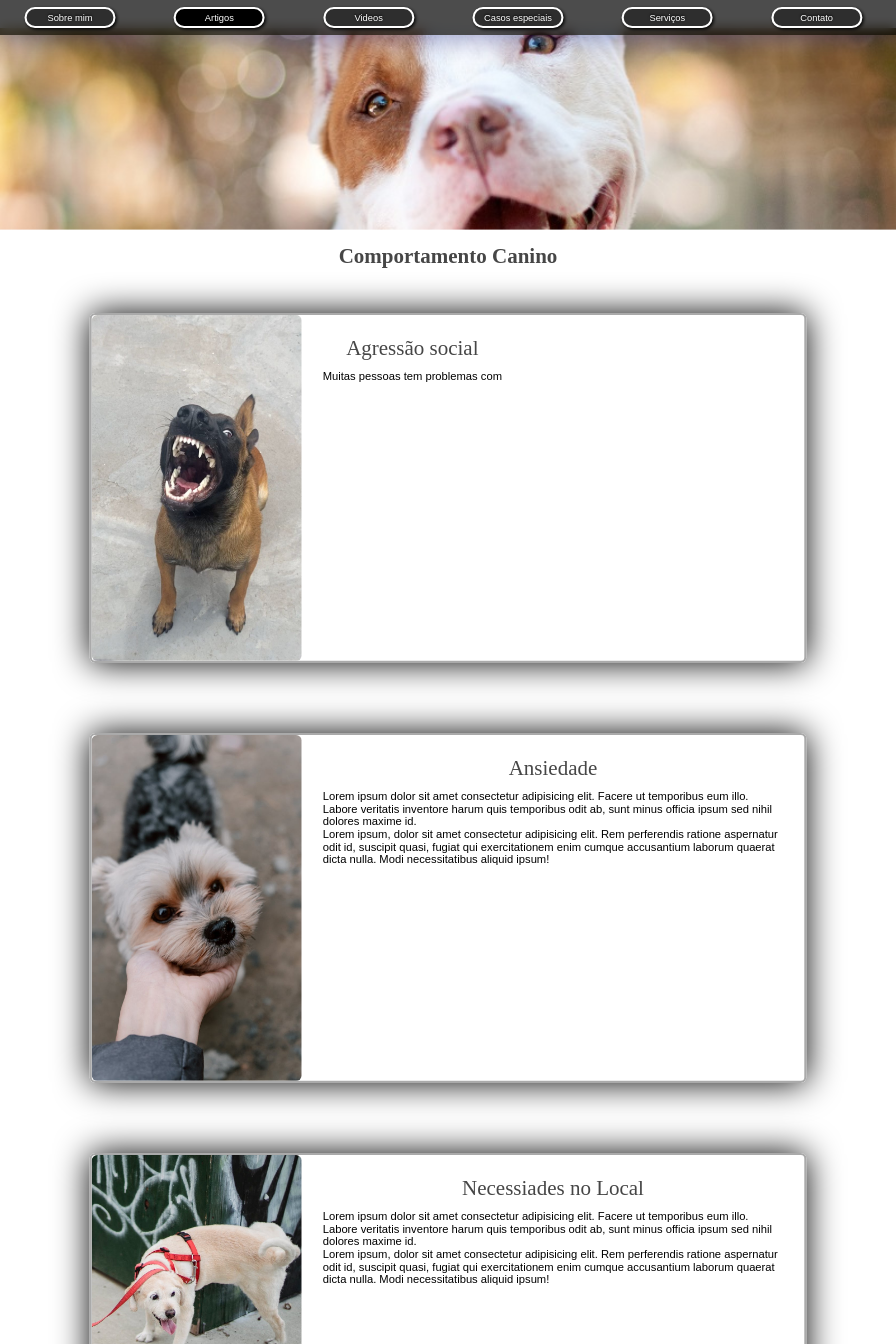
Repository: KevynMarques/Blog-React-StyledComponent
Page: /, after clicking the first element matching `button.sc-eqUAAy`
The author's editor kept a copy of each file at every save. The page is drawn from the files as they stood at one save, then again after the next save.
The browser window is 1280 px wide. The pictures show the part of the page from y = 0 to 1920 px (the page is 3448 px tall), at 70% of full size.
The project was rebuilt for these pictures with package versions that can differ from the ones it lists, and the page was loaded fresh each time. Also part of the build but not shown: src/Components/Clientes/index.jsx, src/Components/Serviços/index.jsx, src/Components/Contato/index.jsx, src/Components/View/index.jsx.

Above is the page before, as saved 2022-02-21 15:12:55.

### public/index.html
<!DOCTYPE html>
<html lang="pt-BR">
  <head>
    <meta charset="utf-8" />
    <link rel="icon" href="%PUBLIC_URL%/favicon.ico" />
    <meta name="viewport" content="width=device-width, initial-scale=1" />
    <meta name="theme-color" content="#000000" />
    <meta
      name="description"
      content="Web site created using create-react-app"
    />
    <link rel="apple-touch-icon" href="%PUBLIC_URL%/logo192.png" />
    <!--
      manifest.json provides metadata used when your web app is installed on a
      user's mobile device or desktop. See https://developers.google.com/web/fundamentals/web-app-manifest/
    -->
    <!--
      Notice the use of %PUBLIC_URL% in the tags above.
      It will be replaced with the URL of the `public` folder during the build.
      Only files inside the `public` folder can be referenced from the HTML.

      Unlike "/favicon.ico" or "favicon.ico", "%PUBLIC_URL%/favicon.ico" will
      work correctly both with client-side routing and a non-root public URL.
      Learn how to configure a non-root public URL by running `npm run build`.
    -->
    <title>Adestramento DK</title>
  </head>
  <body>
    <noscript>You need to enable JavaScript to run this app.</noscript>
    <div id="root"></div>
    <!--
      This HTML file is a template.
      If you open it directly in the browser, you will see an empty page.

      You can add webfonts, meta tags, or analytics to this file.
      The build step will place the bundled scripts into the <body> tag.

      To begin the development, run `npm start` or `yarn start`.
      To create a production bundle, use `npm run build` or `yarn build`.
    -->
  </body>
</html>

### src/App.jsx
import Home from './Pages/Home';
import Sobre from './Components/Sobre/index';
import { useState, useEffect } from 'react';
import { GlobalStyle } from './GlobalStyle';
import Geral from './Components/Geral/index';


function App() {

  const [geral, setGeral]=useState(<Sobre />);

  return (
    <>
    <Home setGeral={setGeral} geral={geral}  />
    <Geral geral={geral} />
    <GlobalStyle/>
   </>
  );
}

export default App;

### src/Pages/Home/index.jsx
import React, {useState} from "react"
import {  Home, Videos, Comportamental, Serviços, Diversos, Contato } from "../../Components/Buttons/Style"
import Sobre from '../../Components/Sobre/index'
import Comport  from '../../Components/Artigos/index'
import Clientes from '../../Components/Clientes/index'
import Serv from "../../Components/Serviços"
import Cont from '../../Components/Contato/index'
import View from "../../Components/View"
import { ContainerHeader } from "../../Components/Containers/style"




export default (props) => {

  const [ativo, setAtivo] = useState(false)
  const [ativoVideos, setAtivoVideos] = useState(true)
  const [ativoComp, setComp] = useState(true)
  const [Casos, setCasos] = useState(true)
  const [serviços, setServiços] = useState(true)
  const [contato, setContato] = useState(true)


  return (
   <>
    <ContainerHeader>

       <Home
         setAtivo={setAtivo}
         ativo={ativo}
         onClick={()=>(props.setGeral(<Sobre />),
         setAtivo(false),
         setAtivoVideos(true),
         setComp(true),
         setCasos(true),
         setServiços(true)
         )}>
         <p>Sobre mim</p>
      </Home>


       <Comportamental
          onClick={() =>(props.setGeral(<Comport />),
          setAtivo(true),
          setAtivoVideos(true),
          setComp(false),
          setCasos(true),
          setServiços(true))}

          setComp={setComp}
          ativoComp={ativoComp}>

         <p>Artigos</p>
       </Comportamental>

       <Videos
        ativoEquip={ativoVideos}
        setAtivoVideos={setAtivoVideos}
        onClick={()=>(props.setGeral(<View />),
        setAtivo(true),
        setAtivoVideos(false),
        setComp(true),
        setCasos(true),
        setServiços(true)
        )}>
        <p>Videos</p>
       </Videos>

       <Diversos
          onClick={() =>(props.setGeral(<Clientes />),
          setAtivo(true),
          setAtivoVideos(true),
          setComp(true),
          setCasos(false),
          setServiços(true))}
          setCasos={setCasos}
          Casos={Casos}>
         <p>Casos especiais</p>
       </Diversos>


       <Serviços onClick={() =>(props.setGeral(<Serv />),
        setAtivo(true),
        setAtivoVideos(true),
        setComp(true),
        setCasos(true),
        setServiços(false))}
        setServiços={setServiços}
        serviços={serviços}>
         <p>Serviços</p>
       </Serviços>

       <Contato onClick={() =>(props.setGeral(<Cont />),
        setAtivo(true),
        setAtivoVideos(true),
        setComp(true),
        setCasos(true),
        setServiços(true),
        setContato(false)
       )}
          setContato={setContato}
          contato={contato}>
         <p>Contato</p>
      </Contato>

    </ContainerHeader>
    </>
  );
}

### src/Components/Sobre/index.jsx
import Foto from '../Image/foto.png'
import LV from '../Image/LV.jpg';
import Dog from '../Image/Dog.png'
import { Tittle } from "../Textos&Titles/style";
import { ContainerBaner, ContainerBox, ContainerIMG } from "../Containers/style";
import { Info } from "../Textos&Titles/style";
import { SubTitle } from '../Textos&Titles/style';
import { TitleInfo } from '../Textos&Titles/style';


export default () => {
  return (
<>
     <ContainerBaner>
      <img src={Dog} />
     </ContainerBaner>

   <Tittle>
          Adestramento DK
  </Tittle>


  <ContainerBox>
       <ContainerIMG>
        <img src={Foto} />
       </ContainerIMG>
       <Info>
       <TitleInfo>Quem sou eu</TitleInfo>
       meu nome é Kevyn Marques sempre fui um apaixonado por cães, no ano de 2017 tive o prazer
       de fazer parte do 2BPE  onde pude ter  meu primeiro contato com cães de trabalho tanto de faro como de guarda, encantando com aqueles animais comecei a pesquisar e estudar sobre comportamento canino  e desde la eu nunca mais parei, ao longo da minha jornada como adestrador fiz inumeros cursos com pessoas que estão na aréa do adestramento a anos, tanto no esporte canino como no treinamento pet podendo ter uma visão ampla e diversificade de cada caso que passa pelas minhas mãos, tenho um orgulho enorme dos meus resultados, acredito que todos com a orientação adequada podem ter uma vida em harmonia com seus cães independente do tamanho do problema ele sempre tera solução.
       </Info>
       </ContainerBox>

  <SubTitle>  Viper e Logan !
  </SubTitle>


    <ContainerBox>
       <ContainerIMG>
        <img src={LV} />
       </ContainerIMG>
       <Info>
       <TitleInfo>Nosso dia a dia</TitleInfo>
       Apesar de ter tido cães a vida toda o meu primeiro cão de trabalho foi o Logan, meu pastor Belga Malinois que se encontra ao lado direito da foto, com o Logan vieram inumeros desafios afinal é uma raça dificil de lidar, temperamento forte muita disposição e um drive de caça altissimo, porem com a tecnica é o conhecimento adequado o Logan se tornou a melhor companhia que ja tive na vida, ja o Mali mais escuro na foto é o Viper, minha paixão por Malinois so aumenta e com isso veio mais um para familia, o pequeno Viper é bem diferente do Logan, um cão mais calmo e de um temperamento extremamente equilibrado por enquanto ainda não sei se irei treina-lo para guarda e proteção como o Logan, porem uma coisa é certa, eles fazem uma dupla e tanto !! Irei postar videos rotineiros dos treinos de ambos e espero que vocês acompanhem !
       </Info>
   </ContainerBox>
</>

  );
}

### src/GlobalStyle.jsx
import { createGlobalStyle } from 'styled-components';

 export const GlobalStyle = createGlobalStyle`
  * {
    margin: 0;
    padding: 0;
    box-sizing: border-box;

  }
`;

### src/Components/Geral/index.jsx
import React from "react"

export default (props) => {

  return (

    <>
    {props.geral}
    </>

  );

}

### src/Components/Buttons/Style.jsx
import styled from "styled-components";


export const Home = styled.button `
background:${props => props.ativo ? '#2e2e2e' : '#000000'};
font-family: Arial, Helvetica, sans-serif;
font-style:normal;
color:#ffffff;
border:3px solid #ffffff;
text-shadow:0px -1px 3px #000000;
box-shadow:2px 2px 5px #000000;
box-shadow:2px 2px 5px #000000;
box-shadow:2px 2px 5px #000000;
border-radius:25px 25px 25px 25px;
border-radius:25px 25px 25px 25px;
border-radius:25px 25px 25px 25px;
width:130px;
height: 30px;

&:hover {
  background-color: black;
}

cursor:pointer;
margin:0 auto;
margin-left: 35px;

&:active {
  transform: scale(0.9);
}

`;


export const Videos = styled(Home) `

background:${props => props.ativoEquip ? '#2e2e2e' : '#000000'};

`;

export const Comportamental = styled(Home) `

background:${props => props.ativoComp ? '#2e2e2e' : '#000000'};

`;


export const Diversos = styled(Home) `

background:${props => props.Casos? '#2e2e2e' : '#000000'};

`;


export const Serviços = styled(Home) `

background:${props => props.serviços? '#2e2e2e' : '#000000'};

`;

export const Contato = styled(Home) `

background:#2e2e2e;

`;

### src/Components/Artigos/index.jsx
import Dog from '../Image/pitbull.jpeg'
import Agress from '../Image/agressao.png'
import York from '../Image/york.jpeg'
import Xixi from '../Image/xixi.jpeg'
import Passeio from '../Image/Passeio.jpeg'
import Bagunça from '../Image/bagunça.jpg'
import { Info, SubTitle } from '../Textos&Titles/style'
import { ContainerBaner, ContainerBox, ContainerIMG } from '../Containers/style'
import { TitleInfo } from '../Textos&Titles/style'

export default () => {
  return (
    <>
    <ContainerBaner>
    <img src={Dog} />
    </ContainerBaner>

    <SubTitle>
      Comportamento Canino
     </SubTitle>

      <ContainerBox>
       <ContainerIMG>
        <img src={Agress} />
       </ContainerIMG>
       <Info>
       <TitleInfo>Agressão social</TitleInfo>
       Muitas pessoas tem problemas com
        </Info>
       </ContainerBox>

       <ContainerBox>
       <ContainerIMG>
        <img src={York} />
       </ContainerIMG>
       <Info>
       <TitleInfo>Ansiedade</TitleInfo>
       Lorem ipsum dolor sit amet consectetur adipisicing elit. Facere ut temporibus eum illo. Labore veritatis inventore harum quis temporibus odit ab, sunt minus officia ipsum sed nihil dolores maxime id.
       <br></br>
        Lorem ipsum, dolor sit amet consectetur adipisicing elit. Rem perferendis ratione aspernatur odit id, suscipit quasi, fugiat qui  exercitationem  enim cumque accusantium laborum quaerat dicta nulla. Modi necessitatibus aliquid ipsum!
        </Info>
       </ContainerBox>

       <ContainerBox>
       <ContainerIMG>
        <img src={Xixi} />
       </ContainerIMG>
       <Info>
       <TitleInfo>Necessiades no Local</TitleInfo>
       Lorem ipsum dolor sit amet consectetur adipisicing elit. Facere ut temporibus eum illo. Labore veritatis inventore harum quis temporibus odit ab, sunt minus officia ipsum sed nihil dolores maxime id.
       <br></br>
        Lorem ipsum, dolor sit amet consectetur adipisicing elit. Rem perferendis ratione aspernatur odit id, suscipit quasi, fugiat qui  exercitationem  enim cumque accusantium laborum quaerat dicta nulla. Modi necessitatibus aliquid ipsum!
        </Info>
       </ContainerBox>


       <ContainerBox>
       <ContainerIMG>
        <img src={Passeio} />
       </ContainerIMG>
       <Info>
       <TitleInfo>Passeio</TitleInfo>
       Lorem ipsum dolor sit amet consectetur adipisicing elit. Facere ut temporibus eum illo. Labore veritatis inventore harum quis temporibus odit ab, sunt minus officia ipsum sed nihil dolores maxime id.
       <br></br>
        Lorem ipsum, dolor sit amet consectetur adipisicing elit. Rem perferendis ratione aspernatur odit id, suscipit quasi, fugiat qui  exercitationem  enim cumque accusantium laborum quaerat dicta nulla. Modi necessitatibus aliquid ipsum!
        </Info>
       </ContainerBox>


       <ContainerBox>
       <ContainerIMG>
        <img src={Bagunça} />
       </ContainerIMG>
       <Info>
       <TitleInfo>Destruição de objetos</TitleInfo>
       Lorem ipsum dolor sit amet consectetur adipisicing elit. Facere ut temporibus eum illo. Labore veritatis inventore harum quis temporibus odit ab, sunt minus officia ipsum sed nihil dolores maxime id.
       <br></br>
        Lorem ipsum, dolor sit amet consectetur adipisicing elit. Rem perferendis ratione aspernatur odit id, suscipit quasi, fugiat qui  exercitationem  enim cumque accusantium laborum quaerat dicta nulla. Modi necessitatibus aliquid ipsum!
        </Info>
       </ContainerBox>
    </>
  );
}

### src/Components/Containers/style.jsx
import  styled  from "styled-components";



export const  ContainerHeader  = styled.div `
     width: 100vw;
     height: 50px;
     margin: 0;
     position: fixed;
     z-index: 99999;
     background: rgba( 0, 0, 0, 0.7 );
     box-shadow: 0 8px 32px 0 rgba( 31, 38, 135, 0.37 );
     backdrop-filter: blur( 7.5px );
     -webkit-backdrop-filter: blur( 7.5px );
     color:white;
     display: flex;
     align-items: center;
     justify-content: center;
`;



export const ContainerBaner= styled.div `
  width: 100%;
  height: 40vh;


    img {
    width: 100%;
    height: 100%;
    object-fit: cover;
    margin-top: 40px;

    }
`;


export const  ContainerBox = styled.section `
  height: 500px;
  border: solid 3px #aaaaaa;
  width: 80vw;
  margin: 100px  10%;
  border-radius: 8px;
  box-shadow: 0 0 3em Black;
  display: flex;
  `;


export const ContainerIMG = styled.div `

    min-width:300px;
    height:494px;

  img {
    object-fit: cover;
    width: 100%;
    height: 100%;
    border-radius: 8px;
  }

`;

### src/Components/Textos&Titles/style.jsx
import styled from 'styled-components'



export const Tittle = styled.h1`
@import url('https://fonts.googleapis.com/css2?family=Bangers&display=swap');
color: #312f2f;
font-size: 60px;
font-family: 'Bangers', cursive;
text-align: center;
height: 40px;
margin-top: 45px;
`;


export const Info = styled.p`
 margin: 30px;
 font-family: Arial, Helvetica, sans-serif;
`;


export const SubTitle = styled.h2 `
 text-align: center;
 font-size: 30px;
 margin-top: 60px;
 font-family: Arial, Helvetica, sans-serif;
 color: #464646;
 margin-bottom: -35px;
 font-family: 'Bangers', cursive;
`;


export const TitleInfo = styled.div `
 text-align: center;
 font-size: 30px;
 font-family: Arial, Helvetica, sans-serif;
 color: #464646;
 font-family: 'Bangers', cursive;
 margin-bottom: 15px;
`;

Loaded but not shown: src/index.js (common file)

After the next save:
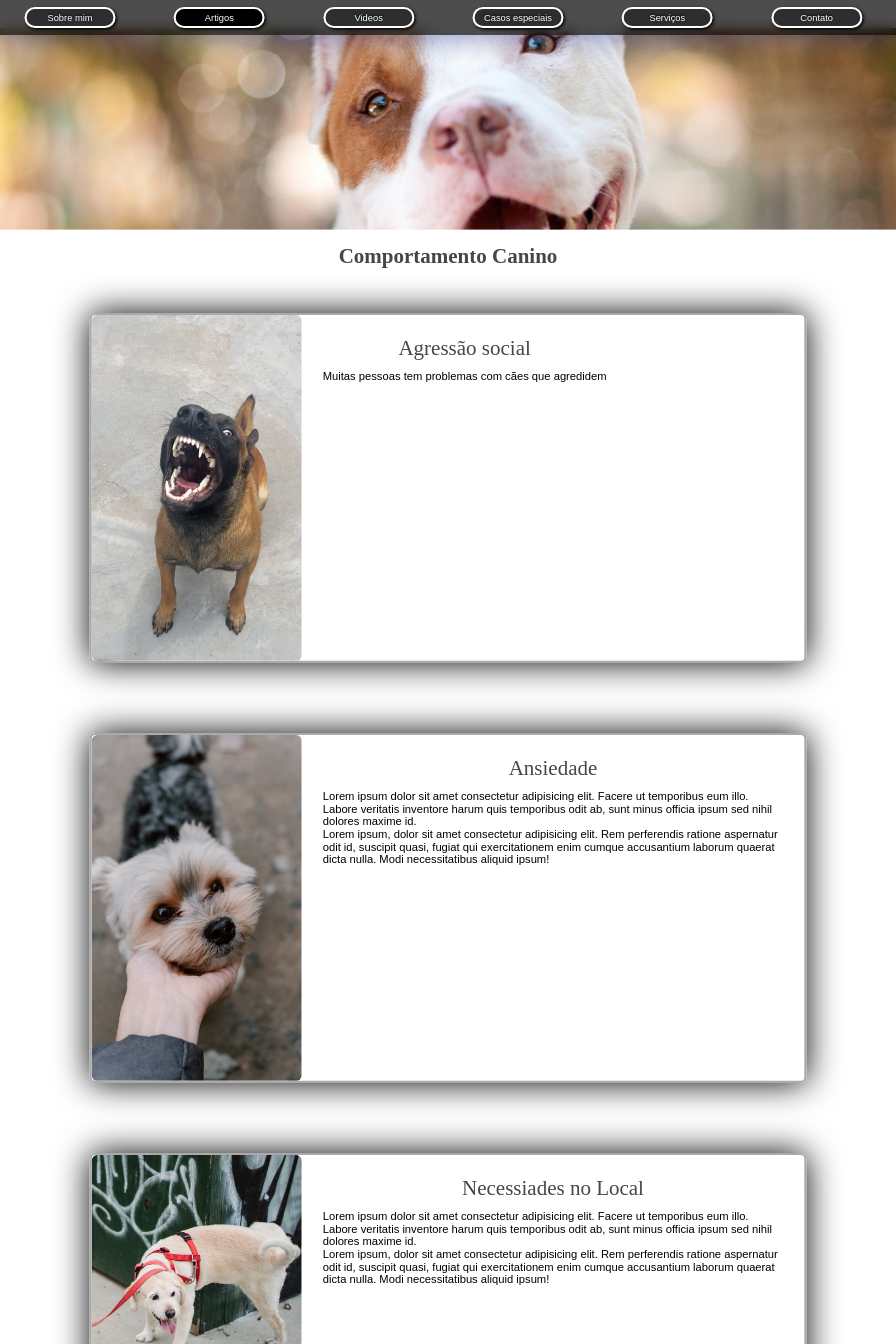
Saved 7 s later.
--- a/src/Components/Artigos/index.jsx
+++ b/src/Components/Artigos/index.jsx
@@ -25,7 +25,7 @@ export default () => {
        </ContainerIMG>
        <Info>
        <TitleInfo>Agressão social</TitleInfo>
-       Muitas pessoas tem problemas com
+       Muitas pessoas tem problemas com cães que agredidem
         </Info>
        </ContainerBox>
 
